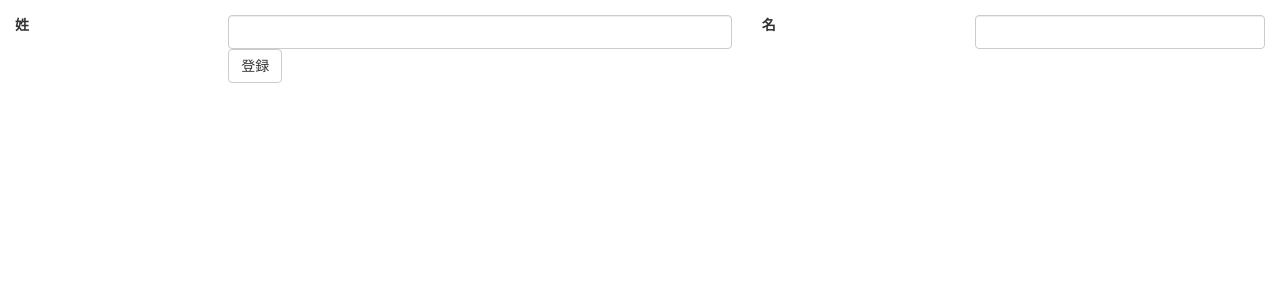
Repository: erinakatagiri/gomi
Page: bootstrap_lesson.html
The author's editor kept a record of every edit. The page is drawn from the files as they stood at one moment, then again after the next edit.
The browser window is 1280 px wide. The pictures show the whole page.

Above is the page before.

### bootstrap_lesson.html
<!DOCTYPE html>
<html>
    <head>
        <meta charset="utf-8">
        <meta http-equiv="X-UA-Compatible" content="IE=edge">
        <meta name="viewport" content="width=device-width, initial-scale=1">

        <title>Grid System Test</title>

        <!-- Bootstrap CSS-->
        <link rel="stylesheet" href="https://maxcdn.bootstrapcdn.com/bootstrap/3.3.7/css/bootstrap.min.css">
        <!-- jQuery -->
        <script src="https://ajax.googleapis.com/ajax/libs/jquery/1.12.4/jquery.min.js"></script>
        <!-- Bootstrap JavaScript-->
        <script src="https://maxcdn.bootstrapcdn.com/bootstrap/3.3.7/js/bootstrap.min.js"></script>

        <style>
            .row div {
                border: 1px solid #000;
                padding: 1em;
                text-align: center;
                background-color: #dedede;
            }

        </style>

    </head>
    <body>
       <form>
  <!-- "form-group" expresses a row -->
  <div class="form-group">
    <label class="col-xs-2 control-label">姓</label>
    <div class="col-xs-5">
      <input type="text" class="form-control"  name="lastname">
    </div>
  </div>

  <!-- row -->
  <div class="form-group">
    <label class="col-xs-2 control-label">名</label>
    <div class="col-xs-3">
      <input type="text" class="form-control"  name="
      firstname">
    </div>
  </div>

  <!-- row -->
  <div class="form-group">
    <div class="col-xs-offset-2 col-sm-10">
      <button type="submit" class="btn btn-default">登録</button>
    </div>
  </div>
</form>
    </div>
        </div>
    </body>
</html>

After the next edit:
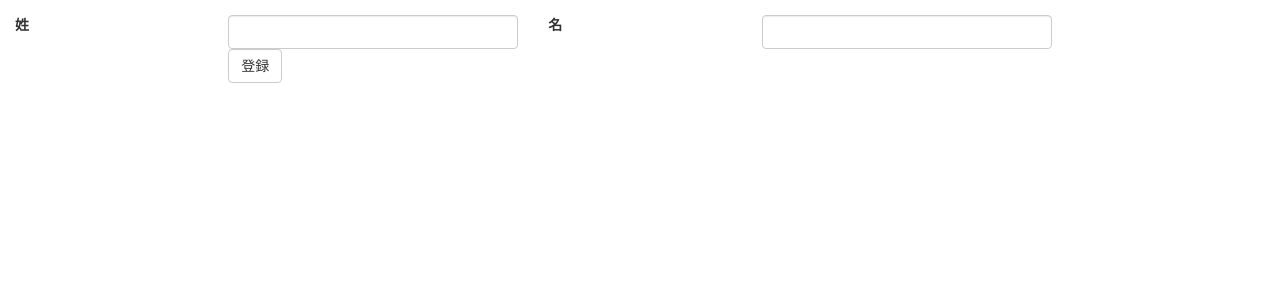
The edit:
--- a/bootstrap_lesson.html
+++ b/bootstrap_lesson.html
@@ -30,7 +30,7 @@
   <!-- "form-group" expresses a row -->
   <div class="form-group">
     <label class="col-xs-2 control-label">姓</label>
-    <div class="col-xs-5">
+    <div class="col-xs-3">
       <input type="text" class="form-control"  name="lastname">
     </div>
   </div>
